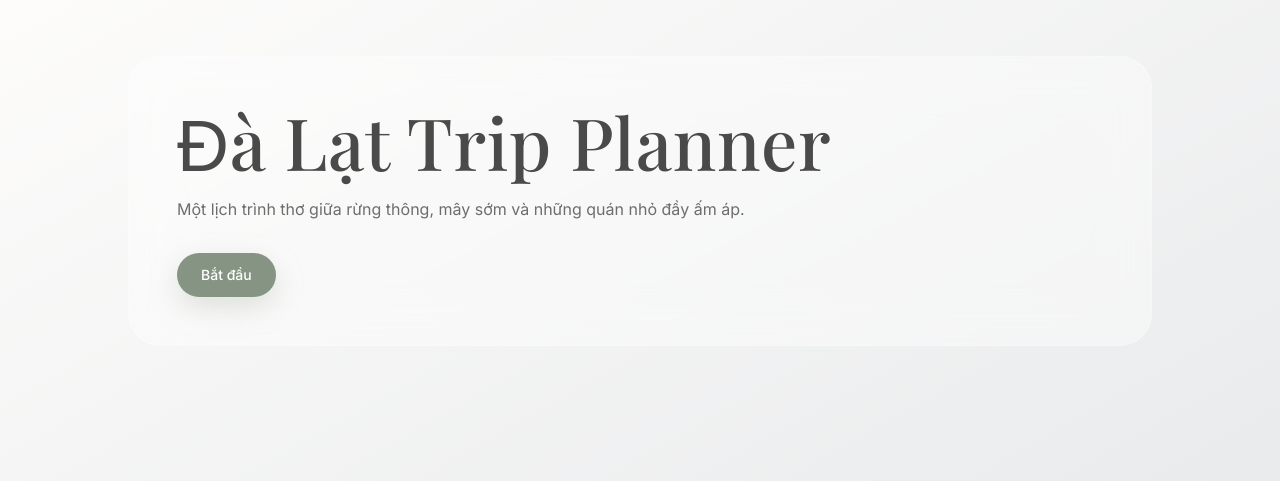
Repository: ferbdev-byte/tripdalat
Page: /
These files come from the project's save history. The page is drawn as it stood at one moment and after the next save; the edit follows.
The browser window is 1280 px wide. The pictures show the whole page.
Some web fonts or font styles are not loaded; a fallback is used. The project was rebuilt for these pictures with package versions that can differ from the ones it lists, and the page was loaded fresh each time. The framework's server and built-in components were replaced by stand-ins that run in the browser.

Above is the page before, as saved 2026-03-14 02:43:04.

### src/app/layout.tsx
import './globals.css';
import type { Metadata } from 'next';
import { Inter, Playfair_Display } from 'next/font/google';

const headingFont = Playfair_Display({
  subsets: ['latin'],
  variable: '--font-heading',
  display: 'swap',
});

const bodyFont = Inter({
  subsets: ['latin'],
  variable: '--font-body',
  display: 'swap',
});

export const metadata: Metadata = {
  title: 'Đà Lạt Trip Planner',
  description: 'Ứng dụng lập kế hoạch du lịch Đà Lạt với phong cách mềm mại và mộng mơ.',
};

export default function RootLayout({
  children,
}: {
  children: React.ReactNode;
}) {
  return (
    <html lang="vi">
      <body className={`${headingFont.variable} ${bodyFont.variable}`}>
        {children}
      </body>
    </html>
  );
}

### src/app/page.tsx
'use client';

import Link from 'next/link';
import { mockData } from '../data/mockData';

export default function HomePage() {
  return (
    <main className="min-h-screen bg-gradient-to-br from-[#FDFCFB] to-[#E5E7E9] px-6 py-10 md:px-10 md:py-14">
      <section className="mx-auto max-w-5xl rounded-dalat border border-white/20 bg-white/40 p-8 backdrop-blur-xl md:p-12">
        <h1 className="text-5xl text-[#4A4A4A] md:text-7xl">Đà Lạt Trip Planner</h1>
        <p className="mt-5 max-w-2xl text-sm leading-7 text-[#4A4A4A]/80 md:text-base">{mockData.trip.subtitle}</p>

        <div className="mt-8 flex flex-wrap items-center gap-3">
          <Link
            href={`/trips/${mockData.trip.id}`}
            className="rounded-full bg-[#869484] px-6 py-3 text-sm font-medium text-white shadow-[0_10px_30px_rgba(134,148,132,0.25)] transition hover:opacity-90"
          >
            Bắt đầu
          </Link>
        </div>
      </section>
    </main>
  );
}

### src/app/globals.css
@tailwind base;
@tailwind components;
@tailwind utilities;

body {
  @apply bg-[#FDFCFB] text-[#4A4A4A] antialiased;
  font-family: var(--font-body), 'Inter', system-ui, sans-serif;
  min-height: 100vh;
  background-image:
    radial-gradient(circle at 10% 15%, rgba(212, 165, 165, 0.18), transparent 34%),
    radial-gradient(circle at 82% 12%, rgba(134, 148, 132, 0.14), transparent 28%),
    radial-gradient(circle at 50% 100%, rgba(229, 231, 233, 0.58), transparent 36%);
}

h1,
h2,
h3 {
  font-family: var(--font-heading), 'Cormorant Garamond', 'Playfair Display', Georgia, serif;
  font-weight: 500;
  letter-spacing: 0.01em;
}

### src/data/mockData.ts
export type Place = {
  id: string;
  name: string;
  category: 'cafe' | 'food' | 'sightseeing' | 'hotel' | 'shopping' | 'other';
  latitude: number;
  longitude: number;
  is_indoor: boolean;
};

export type ItineraryItem = {
  id: string;
  title: string;
  description: string;
  start_time: string;
  end_time: string;
  place_id: string;
};

export type ExpenseItem = {
  id: string;
  category: 'food' | 'transport' | 'ticket' | 'hotel' | 'shopping' | 'other';
  amount: number;
  note: string;
  spent_at: string;
};

export type WeatherPoint = {
  hour: string;
  rainProbability: number;
  humidity: number;
  cloudCover: number;
  windSpeed: number;
};

export const mockData = {
  trip: {
    id: 'dalat-2024',
    name: 'Đà Lạt Dream Escape 2024',
    subtitle: 'Một lịch trình thơ giữa rừng thông, mây sớm và những quán nhỏ đầy ấm áp.',
    budgetTotal: 9000000,
  },
  places: [
    {
      id: 'p-1',
      name: 'Tú Mơ To',
      category: 'cafe',
      latitude: 11.9666,
      longitude: 108.4552,
      is_indoor: true,
    },
    {
      id: 'p-2',
      name: 'Lululola',
      category: 'cafe',
      latitude: 11.9309,
      longitude: 108.4275,
      is_indoor: true,
    },
    {
      id: 'p-3',
      name: 'Cây thông cô đơn',
      category: 'sightseeing',
      latitude: 12.0724,
      longitude: 108.4431,
      is_indoor: false,
    },
    {
      id: 'p-4',
      name: 'Săn mây Cầu Đất',
      category: 'sightseeing',
      latitude: 11.8664,
      longitude: 108.5684,
      is_indoor: false,
    },
    {
      id: 'p-5',
      name: 'Hồ Tuyền Lâm',
      category: 'sightseeing',
      latitude: 11.9057,
      longitude: 108.4449,
      is_indoor: false,
    },
    {
      id: 'p-6',
      name: 'Chợ Đà Lạt',
      category: 'shopping',
      latitude: 11.9407,
      longitude: 108.4384,
      is_indoor: true,
    },
  ] as Place[],
  itinerary: [
    {
      id: 'i-1',
      title: 'Bình minh săn mây',
      description: 'Đón ánh hửng sáng trên đồi cao và ghi lại khoảnh khắc mây vờn.',
      start_time: '05:00',
      end_time: '06:30',
      place_id: 'p-4',
    },
    {
      id: 'i-2',
      title: 'Cà phê sáng nhẹ nhàng',
      description: 'Thư thả đọc sách và nghe nhạc acoustic trong không gian ấm áp.',
      start_time: '09:00',
      end_time: '10:30',
      place_id: 'p-1',
    },
    {
      id: 'i-3',
      title: 'Dạo ven hồ',
      description: 'Tản bộ để cảm nhận mùi thông và gió lạnh dịu.',
      start_time: '15:00',
      end_time: '16:30',
      place_id: 'p-5',
    },
    {
      id: 'i-4',
      title: 'Đêm chợ Đà Lạt',
      description: 'Khám phá quà lưu niệm và món nóng giữa tiết trời se lạnh.',
      start_time: '19:00',
      end_time: '20:30',
      place_id: 'p-6',
    },
  ] as ItineraryItem[],
  expenses: [
    { id: 'e-1', category: 'transport', amount: 520000, note: 'Di chuyển sân bay và nội thành', spent_at: '2024-06-18T09:00:00+07:00' },
    { id: 'e-2', category: 'food', amount: 340000, note: 'Bữa sáng và cà phê', spent_at: '2024-06-18T10:45:00+07:00' },
    { id: 'e-3', category: 'ticket', amount: 210000, note: 'Vé tham quan đồi săn mây', spent_at: '2024-06-19T06:10:00+07:00' },
    { id: 'e-4', category: 'hotel', amount: 2500000, note: 'Homestay 2 đêm', spent_at: '2024-06-18T14:00:00+07:00' },
    { id: 'e-5', category: 'shopping', amount: 790000, note: 'Đồ len và quà lưu niệm', spent_at: '2024-06-19T20:20:00+07:00' },
  ] as ExpenseItem[],
  weather: [
    { hour: '04', rainProbability: 44, humidity: 95, cloudCover: 86, windSpeed: 7 },
    { hour: '05', rainProbability: 49, humidity: 94, cloudCover: 91, windSpeed: 6 },
    { hour: '06', rainProbability: 53, humidity: 92, cloudCover: 89, windSpeed: 8 },
    { hour: '09', rainProbability: 34, humidity: 82, cloudCover: 66, windSpeed: 11 },
    { hour: '12', rainProbability: 57, humidity: 77, cloudCover: 68, windSpeed: 13 },
    { hour: '15', rainProbability: 76, humidity: 85, cloudCover: 88, windSpeed: 10 },
    { hour: '18', rainProbability: 71, humidity: 88, cloudCover: 92, windSpeed: 9 },
    { hour: '20', rainProbability: 64, humidity: 90, cloudCover: 95, windSpeed: 8 },
  ] as WeatherPoint[],
};

export const getTripById = (tripId: string) => {
  if (tripId === mockData.trip.id) return mockData;
  return mockData;
};

### tailwind.config.ts
import type { Config } from 'tailwindcss';

const config: Config = {
  content: ['./src/**/*.{js,ts,jsx,tsx,mdx}'],
  theme: {
    extend: {
      colors: {
        pine: '#869484',
        mist: '#E5E7E9',
        rose: '#D4A5A5',
      },
      borderRadius: {
        dalat: '2rem',
      },
    },
  },
  plugins: [],
};

export default config;

After the next save:
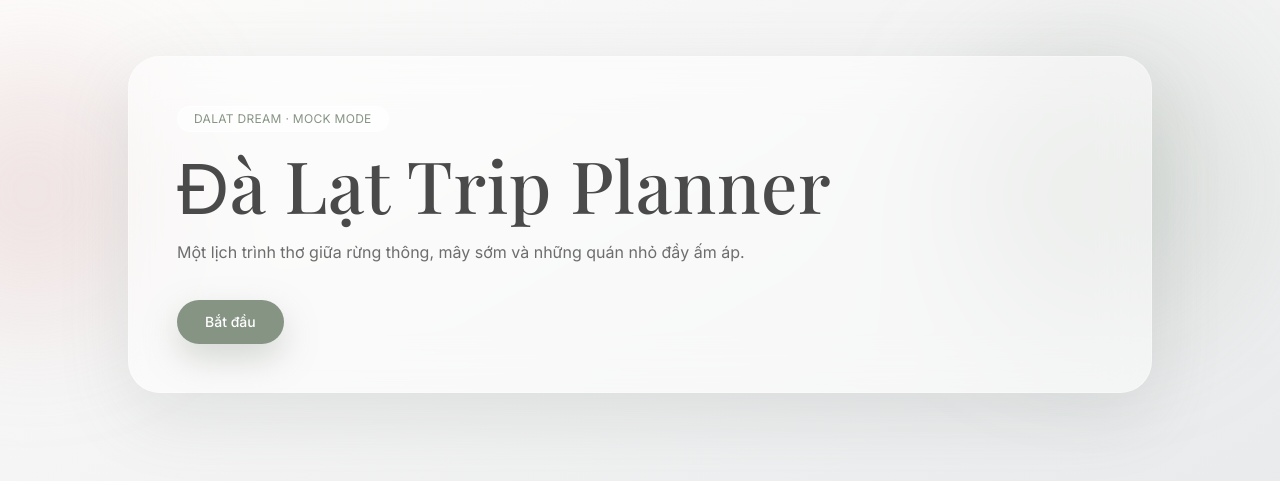
Saved 16 s later.
--- a/src/app/page.tsx
+++ b/src/app/page.tsx
@@ -5,15 +5,19 @@ import { mockData } from '../data/mockData';
 
 export default function HomePage() {
   return (
-    <main className="min-h-screen bg-gradient-to-br from-[#FDFCFB] to-[#E5E7E9] px-6 py-10 md:px-10 md:py-14">
-      <section className="mx-auto max-w-5xl rounded-dalat border border-white/20 bg-white/40 p-8 backdrop-blur-xl md:p-12">
-        <h1 className="text-5xl text-[#4A4A4A] md:text-7xl">Đà Lạt Trip Planner</h1>
+    <main className="relative min-h-screen overflow-hidden bg-gradient-to-br from-[#FDFCFB] to-[#E5E7E9] px-6 py-10 md:px-10 md:py-14">
+      <div className="pointer-events-none absolute -left-24 top-16 h-64 w-64 rounded-full bg-rose/25 blur-3xl" />
+      <div className="pointer-events-none absolute right-10 top-10 h-72 w-72 rounded-full bg-pine/20 blur-3xl" />
+
+      <section className="relative mx-auto max-w-5xl rounded-dalat border border-white/30 bg-white/50 p-8 shadow-[0_22px_70px_rgba(106,116,109,0.16)] backdrop-blur-xl md:p-12">
+        <p className="inline-flex rounded-full border border-white/60 bg-white/60 px-4 py-1 text-xs tracking-wide text-pine">DALAT DREAM · MOCK MODE</p>
+        <h1 className="mt-4 text-5xl leading-[1.04] text-[#4A4A4A] md:text-7xl">Đà Lạt Trip Planner</h1>
         <p className="mt-5 max-w-2xl text-sm leading-7 text-[#4A4A4A]/80 md:text-base">{mockData.trip.subtitle}</p>
 
-        <div className="mt-8 flex flex-wrap items-center gap-3">
+        <div className="mt-9 flex flex-wrap items-center gap-3">
           <Link
             href={`/trips/${mockData.trip.id}`}
-            className="rounded-full bg-[#869484] px-6 py-3 text-sm font-medium text-white shadow-[0_10px_30px_rgba(134,148,132,0.25)] transition hover:opacity-90"
+            className="rounded-full bg-[#869484] px-7 py-3 text-sm font-medium text-white shadow-[0_14px_34px_rgba(134,148,132,0.34)] transition hover:-translate-y-0.5 hover:opacity-90"
           >
             Bắt đầu
           </Link>
